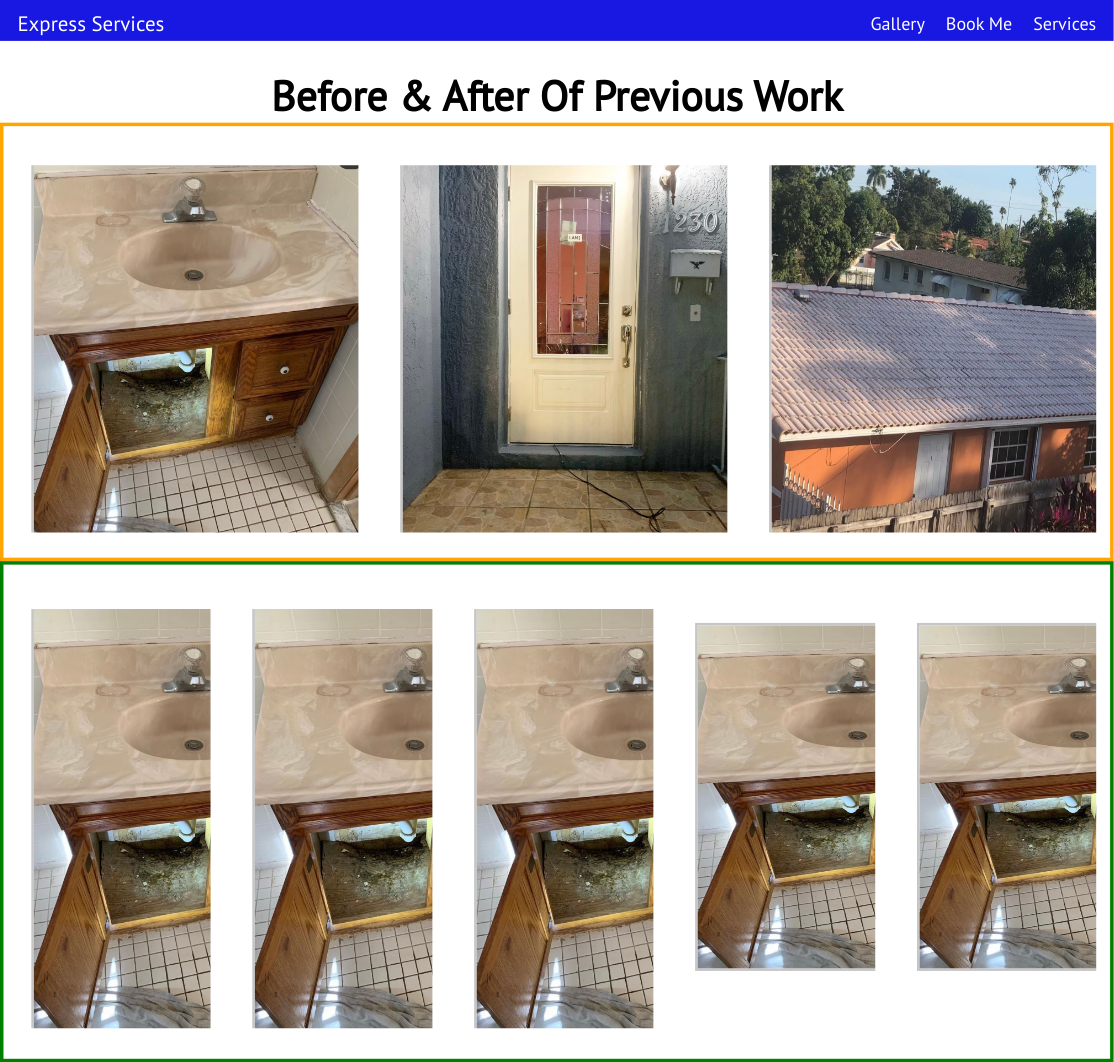
Repository: DrummerDee/mir-miami
Page: /Gallery (app in mr-miami/)
These files come from the project's save history. The page is drawn as it stood at one moment and after a run of saves; the edit follows.
The browser window is 1280 px wide. The pictures show the whole page, at 87% of full size.
The project was rebuilt for these pictures with package versions that can differ from the ones it lists, and the page was loaded fresh each time. Also part of the build but not shown: mr-miami/src/Styles/Services.css, mr-miami/src/Components/Services.js, mr-miami/src/Components/Homepage.js, mr-miami/src/Styles/Calendar.css, mr-miami/src/Styles/Times.css, mr-miami/src/Components/Times.js, mr-miami/src/Components/Time.js, mr-miami/src/Components/BookMe.js.

Above is the page before, as saved 2022-09-09 14:04:19.

### mr-miami/public/index.html
<!DOCTYPE html>
<html lang="en">
  <head>
    <meta charset="utf-8" />
    <link rel="icon" href="%PUBLIC_URL%/favicon.ico" />
    <meta name="viewport" content="width=device-width, initial-scale=1" />
    <meta name="theme-color" content="#000000" />
    <meta
      name="description"
      content="Web site created using create-react-app"
    />
    <link rel="apple-touch-icon" href="%PUBLIC_URL%/logo192.png" />
    <!--
      manifest.json provides metadata used when your web app is installed on a
      user's mobile device or desktop. See https://developers.google.com/web/fundamentals/web-app-manifest/
    -->
    <link rel="manifest" href="%PUBLIC_URL%/manifest.json" />
    <!--
      Notice the use of %PUBLIC_URL% in the tags above.
      It will be replaced with the URL of the `public` folder during the build.
      Only files inside the `public` folder can be referenced from the HTML.

      Unlike "/favicon.ico" or "favicon.ico", "%PUBLIC_URL%/favicon.ico" will
      work correctly both with client-side routing and a non-root public URL.
      Learn how to configure a non-root public URL by running `npm run build`.
    -->
    <title>Exotic Express Services</title>
  </head>
  <body>
    <noscript>You need to enable JavaScript to run this app.</noscript>
    <div id="root"></div>
    <!--
      This HTML file is a template.
      If you open it directly in the browser, you will see an empty page.

      You can add webfonts, meta tags, or analytics to this file.
      The build step will place the bundled scripts into the <body> tag.

      To begin the development, run `npm start` or `yarn start`.
      To create a production bundle, use `npm run build` or `yarn build`.
    -->
  </body>
</html>

### mr-miami/src/App.js
import './Styles/App.css';
import { BrowserRouter as Router, Routes, Route } from "react-router-dom";
import Navbar from "./Components/Navbar";
import Services from "./Components/Services";
import Homepage from "./Components/Homepage";
import Gallery from "./Components/Gallery";
import BookMe from "./Components/BookMe";




function App() {
  return (
    <Router>
      <Navbar />
      <Routes>
        <Route path="/" element={<Homepage />} />
        <Route path="/Gallery" element={<Gallery />} />
        <Route path="/Services" element={<Services />} />
        <Route path="/BookMe" element={<BookMe />} />
      </Routes>
    </Router>
  );
}

export default App;

### mr-miami/src/Styles/App.css
@import url('https://fonts.googleapis.com/css2?family=IBM+Plex+Sans:wght@300&family=PT+Sans&display=swap');
* {
  box-sizing: border-box;
  margin: 0;
  padding: 0;
  font-family: 'PT Sans','IBM Plex Sans', sans-serif;
}

/* Gallery Page */
.gallery__body > h1 {
  font-size: 3rem;
  text-align: center;
  margin-top: 2rem;
}

.wrapper {
  display: flex;
  justify-content: center;
  align-items: center;
  border: 0.3rem solid orange;
  height: 70vh;
}
.containers{
  width: 100%;
  display: flex;
  flex-direction: column;
  height: 85%;
  overflow: hidden;
  gap: 0.5rem;
  padding: 1rem 0 0 1rem;
  margin: 1rem 1rem 0 1rem;
  justify-content: center;
  position: relative;
}

img{
  transition: all linear 0.6s;
  border: 0.2rem solid rgb(199, 198, 198);
}
.bottom{
  position:absolute;
  top: 0;
  opacity: 0;
}
.containers:hover img{
  opacity: 0;
  cursor: pointer;
}
.containers:hover img.bottom{
  opacity: 1;
}
/* Bottom containers */
.wrapper__two {
  display: flex;
  justify-content: center;
  align-items: center;
  border: 0.3rem solid green;
  height: 80vh;
}
.containers__two{
  width: 100%;
  display: flex;
  flex-direction: column;
  height: 85%;
  overflow: hidden;
  gap: 0.5rem;
  position: relative;
  padding: 1rem 0 0 1rem;
  margin: 1rem 1rem 0 1rem;
  justify-content: center;
}
.top_two{
  transition: all linear 0.6s;
  border: 0.2rem solid rgb(199, 198, 198);
  height: 85%;
}
.bottom__two{
  position:absolute;
  top: 0;
  opacity: 0;
}
.containers__two:hover img.top__two{
  opacity: 0;
  cursor: pointer;
}
.containers__two:hover img.bottom__two{
  opacity: 1;
}

### mr-miami/src/Components/Navbar.js
import {Link } from 'react-router-dom'; //put this on every single routing page


// This isn't a homepage, just functionality for Navbar in the homepage
const Navbar = () => {
  return (
      <nav className="nav">
        <Link className="Home" to="/"> Express Services </Link>
        <ul>
          <li><Link to="/Gallery">Gallery</Link></li>
          <li><Link to="/BookMe">Book Me</Link></li>
          <li><Link to="/Services">Services</Link></li>
        </ul>
      </nav>
  );
}
export default Navbar;

### mr-miami/src/Components/Gallery.js
import React from "react";
import { LazyLoadImage } from 'react-lazy-load-image-component';
import sinkbefore from '../Assets/sinkbefore.jpeg';
import sinkafter from '../Assets/sinkafter.jpeg';
import doorbefore from '../Assets/Doorbefore.jpeg';
import doorafter from '../Assets/Doorafter.jpeg';
// import pavementbefore from '../Assets/pavementbefore.jpeg';
import pavementafter from '../Assets/pavementafter.jpeg';
import roofafter from '../Assets/roofafter.jpeg';
import roofbefore from '../Assets/roofbefore.jpeg';



function Gallery() {
    return (
        <>
            <main className='gallery__body'>
                <h1> Before & After Of Previous Work </h1>
                <section className='wrapper'>
                    <div className="containers">
                        <LazyLoadImage
                            src={sinkbefore}
                            width={400}
                            height={500}
                            effect='blur'
                            alt='broken sink'
                            className="top"
                        />
                        <LazyLoadImage
                            src={sinkafter}
                            width={400}
                            height={500}
                            effect='blur'
                            alt='broken sink'
                            className="bottom"
                        />
                    </div>
                    <div className="containers">
                        <LazyLoadImage
                            src={doorbefore}
                            width={400}
                            height={500}
                            effect='blur'
                            alt='broken sink'
                            className="top"
                        />
                        <LazyLoadImage
                            src={doorafter}
                            width={400}
                            height={500}
                            effect='blur'
                            alt='broken sink'
                            className="bottom"
                        />
                    </div>
                    <div className="containers">
                        <LazyLoadImage
                            src={roofbefore}
                            width={400}
                            height={500}
                            effect='blur'
                            alt='broken sink'
                            className="top"
                        />
                        <LazyLoadImage
                            src={roofafter}
                            width={400}
                            height={500}
                            effect='blur'
                            alt='broken sink'
                            className="bottom"
                        />
                    </div>
                </section>
                <section className='wrapper__two'>
                    <div className="containers__two">
                        <LazyLoadImage
                            src={sinkbefore}
                            width={400}
                            height={500}
                            effect='blur'
                            alt='broken sink'
                            className="top__two"
                        />
                        <LazyLoadImage
                            src={sinkafter}
                            width={400}
                            height={500}
                            effect='blur'
                            alt='broken sink'
                            className="bottom__two"
                        />
                    </div>
                    <div className="containers__two">
                        <LazyLoadImage
                            src={sinkbefore}
                            width={400}
                            height={500}
                            effect='blur'
                            alt='broken sink'
                            className="top__two"
                        />
                        <LazyLoadImage
                            src={sinkafter}
                            width={400}
                            height={500}
                            effect='blur'
                            alt='broken sink'
                            className="bottom__two"
                        />
                    </div>
                    <div className="containers__two">
                        <LazyLoadImage
                            src={sinkbefore}
                            width={400}
                            height={500}
                            effect='blur'
                            alt='broken sink'
                            className="top__two"
                        />
                        <LazyLoadImage
                            src={sinkafter}
                            width={400}
                            height={500}
                            effect='blur'
                            alt='broken sink'
                            className="bottom__two"
                        />
                    </div>
                    <div className="containers__two">
                        <LazyLoadImage
                            src={sinkbefore}
                            width={400}
                            height={400}
                            effect='blur'
                            alt='broken sink'
                            className="top__two"
                        />
                        <LazyLoadImage
                            src={sinkafter}
                            width={400}
                            height={500}
                            effect='blur'
                            alt='broken sink'
                            className="bottom__two"
                        />
                    </div>
                    <div className="containers__two">
                        <LazyLoadImage
                            src={sinkbefore}
                            width={400}
                            height={400}
                            effect='blur'
                            alt='broken sink'
                            className="top__two"
                        />
                        <LazyLoadImage
                            src={sinkafter}
                            width={400}
                            height={500}
                            effect='blur'
                            alt='broken sink'
                            className="bottom__two"
                        />
                    </div>
                </section>
            </main>

        </>
    );
}










export default Gallery

### mr-miami/src/Styles/Homepage.css
* {
  box-sizing: border-box;
  margin: 0;
  padding: 0;
}

.homeBody {
  position: relative;
  height: 95vh;
  overflow: hidden;
}

.nav {
  background-color: rgb(24, 24, 226);
  color: white;
  display: flex;
  justify-content: space-between;
  align-items: stretch;
  gap: 2rem;
  padding: 0 1rem;
  padding-top: 0.5rem;
  font-size: 1.3rem;
}

.nav ul {
  padding: 0%;
  margin: 0;
  list-style: none;
  display: flex;
  gap: 1rem;
}

.Home {
  font-size: 1.5rem;
}

.nav a {
  display: flex;
  align-items: center;
  color: inherit;
  text-decoration: none;
  height: 100%;
  padding: 0.25rem;
}

.nav li:hover {
  border-top: white 0.2rem solid;
  transition: all 0.3s ease-out;
  padding: 0.25rem;
}

.home {
  display: flex;
  flex-direction: column;
  justify-content: center;
  align-items: center;
}

.homeBody .text {
  background-image: url('../Assets/background.png');
  background-repeat: no-repeat;
  background-size: cover;
  height: 100vh;
  color: white;
  display: flex;
  flex-direction: column;
  align-items: center;
  font-weight: 300;
}

.homeBody .text .homeMainText {
  color: white;
  border-top: 0.4rem solid black;
  border-bottom: 0.4rem solid black;
  font-size: 5rem;
  padding: 0.5rem 0 0.5rem 0;
  margin-top: 6.5rem;
}

.homeBody .text>h3 {
  font-size: 1.2rem;
  padding-top: 2rem;
}

.homeBody .text>h4 {
  font-size: 1.5rem;
  margin: 0;
}

.homeBody .text>p {
  margin-top: 15rem;
  font-size: 1.5rem;
  font-weight: 600;
}

Loaded but not shown: mr-miami/src/index.js (common file); mr-miami/src/reportWebVitals.js (common file)

After the next 2 saves:
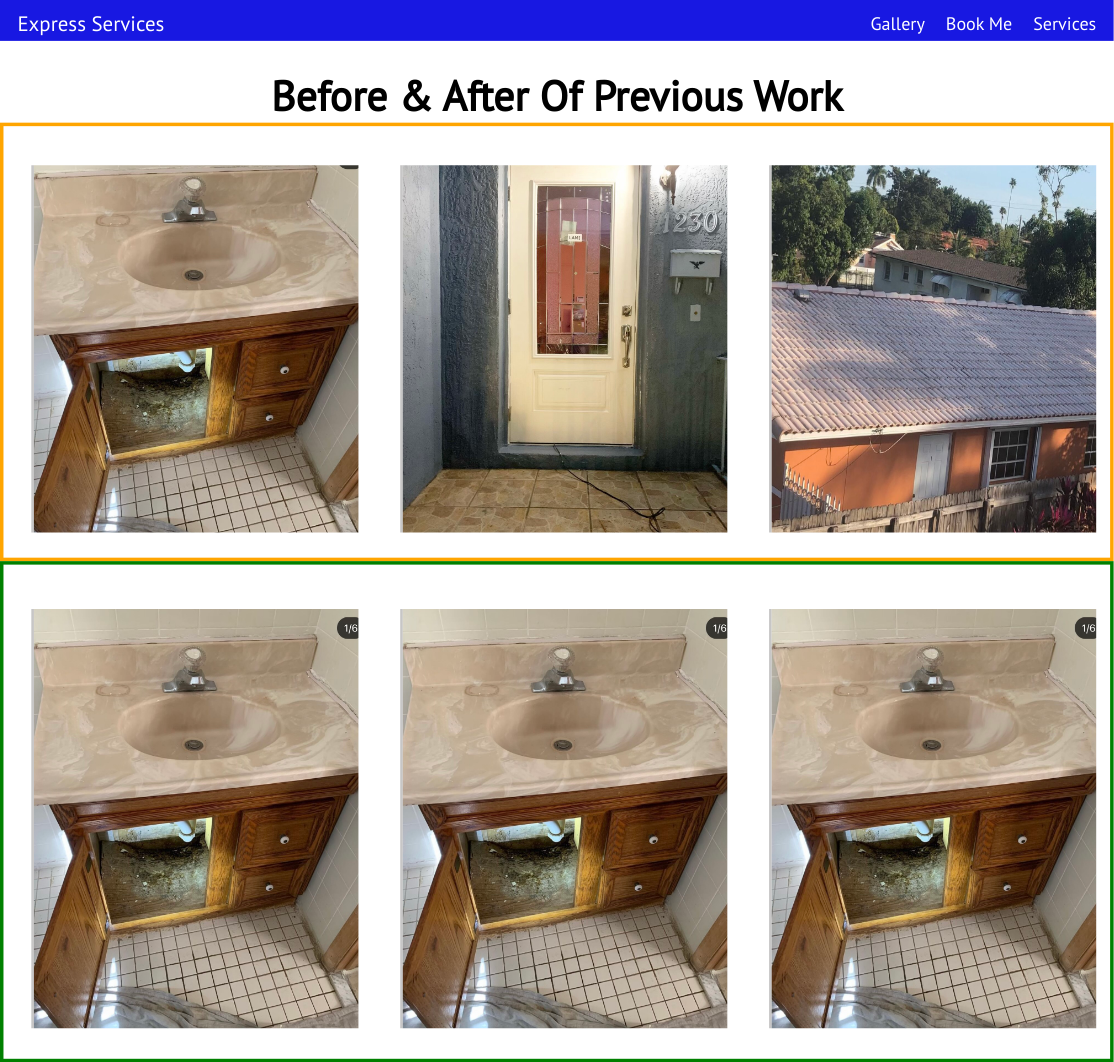
The 2 saves are shown as one change because they came seconds apart.
The last was saved 12 s later.
--- a/mr-miami/src/Components/Gallery.js
+++ b/mr-miami/src/Components/Gallery.js
@@ -127,42 +127,6 @@ function Gallery() {
                             className="bottom__two"
                         />
                     </div>
-                    <div className="containers__two">
-                        <LazyLoadImage
-                            src={sinkbefore}
-                            width={400}
-                            height={400}
-                            effect='blur'
-                            alt='broken sink'
-                            className="top__two"
-                        />
-                        <LazyLoadImage
-                            src={sinkafter}
-                            width={400}
-                            height={500}
-                            effect='blur'
-                            alt='broken sink'
-                            className="bottom__two"
-                        />
-                    </div>
-                    <div className="containers__two">
-                        <LazyLoadImage
-                            src={sinkbefore}
-                            width={400}
-                            height={400}
-                            effect='blur'
-                            alt='broken sink'
-                            className="top__two"
-                        />
-                        <LazyLoadImage
-                            src={sinkafter}
-                            width={400}
-                            height={500}
-                            effect='blur'
-                            alt='broken sink'
-                            className="bottom__two"
-                        />
-                    </div>
                 </section>
             </main>
 
